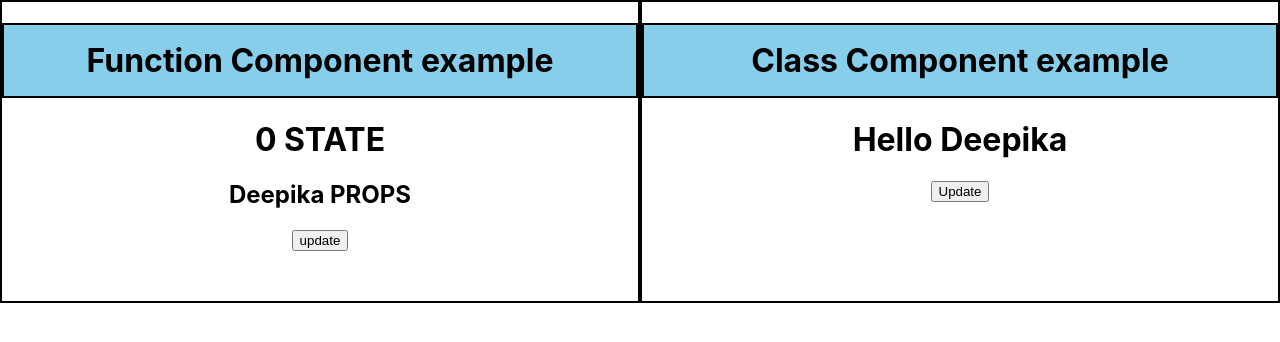
Repository: DeepikaSuretek/React
Page: / (app in practice-app/)
The author's editor kept a copy of each file at every save. The page is drawn from the files as they stood at one save, then again after the next save.
The browser window is 1280 px wide. The pictures show the whole page.
The project was rebuilt for these pictures with package versions that can differ from the ones it lists, and the page was loaded fresh each time.

Above is the page before, as saved 2024-07-08 19:56:49.

### practice-app/src/App.js
import './App.css';
import User from './class-component/class';
import Fun from './functional-component/function'

function App() {
  return (
    <div className="App" style={{display: "inline-flex",
      width: "100%"}}>
      <div style={{width:"50%",border: "2px solid","padding-bottom": "50px"}}>
        <h1 style={{"background-color": "skyblue","padding": "16px","border": "2px solid"}}>Function Component example</h1>
        <Fun name="Deepika" />
      </div>
      <div style={{width:"50%",border: "2px solid","padding-bottom": "50px"}}>
        <h1 style={{"background-color": "skyblue","padding": "16px","border": "2px solid"}}>Class Component example</h1>
        <User></User>
        </div>

    </div>
  );
}

export default App;

### practice-app/src/App.css
.App {
  text-align: center;
}

.App-logo {
  height: 40vmin;
  pointer-events: none;
}

@media (prefers-reduced-motion: no-preference) {
  .App-logo {
    animation: App-logo-spin infinite 20s linear;
  }
}

.App-header {
  background-color: #282c34;
  min-height: 100vh;
  display: flex;
  flex-direction: column;
  align-items: center;
  justify-content: center;
  font-size: calc(10px + 2vmin);
  color: white;
}

.App-link {
  color: #61dafb;
}

@keyframes App-logo-spin {
  from {
    transform: rotate(0deg);
  }
  to {
    transform: rotate(360deg);
  }
}

.loader{
  height: 100px;
  width: 100px;
  border: 8px solid;
  border-color: black black black red;
  border-radius: 50%;
  animation: App-logo-spin 2s linear infinite;
}

### practice-app/src/class-component/class.js
import { Component } from "react"

class User extends Component{
    constructor(){
        super();
        this.state = {
            data:'Deepika'
        }
    }

    changeData(){
        this.setState({data:"changes"});
    }
    render(){
        return(
           <div><h1>Hello {this.state.data}</h1>
           <button onClick={()=>this.changeData()}>Update</button>
           </div>

        )
    }
}

export default User;

### practice-app/src/functional-component/function.js
import { useState } from "react";

function Fun(props) {
    const [count,setCount] = useState(0);
    function updateCount(){
       setCount(count+1);
    }
    return(
        <div>
            <h1>{count} <span>STATE</span></h1>
            <h2>{props.name}  PROPS</h2>
            <button onClick={updateCount}>update</button>
        </div>

    )
}

export default Fun;

Loaded but not shown: practice-app/public/index.html (common file); practice-app/src/index.js (common file); practice-app/src/index.css (common file); practice-app/src/reportWebVitals.js (common file)

After the next save:
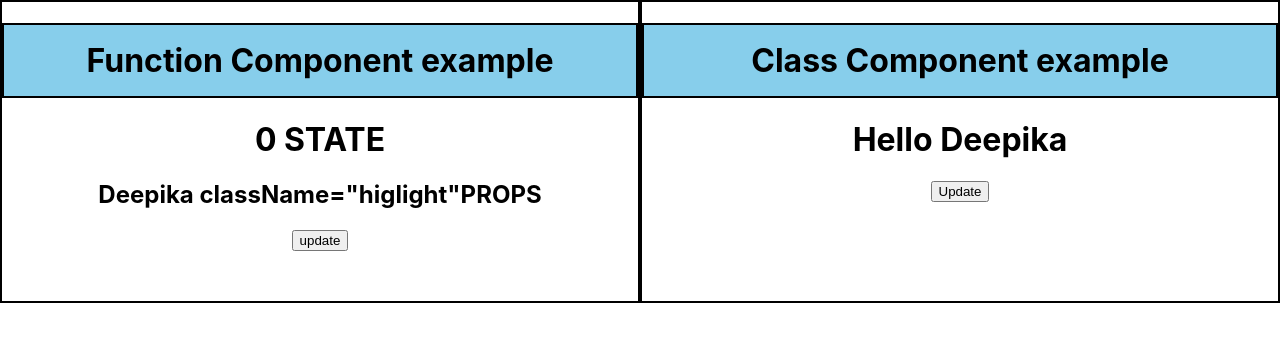
Saved 35 s later.
--- a/practice-app/src/functional-component/function.js
+++ b/practice-app/src/functional-component/function.js
@@ -7,8 +7,8 @@
     }
     return(
         <div>
-            <h1>{count} <span>STATE</span></h1>
-            <h2>{props.name}  PROPS</h2>
+            <h1>{count} <span className="higlight">STATE</span></h1>
+            <h2>{props.name}  <span> className="higlight"PROPS</span></h2>
             <button onClick={updateCount}>update</button>
         </div>
 

After the 2 saves that followed:
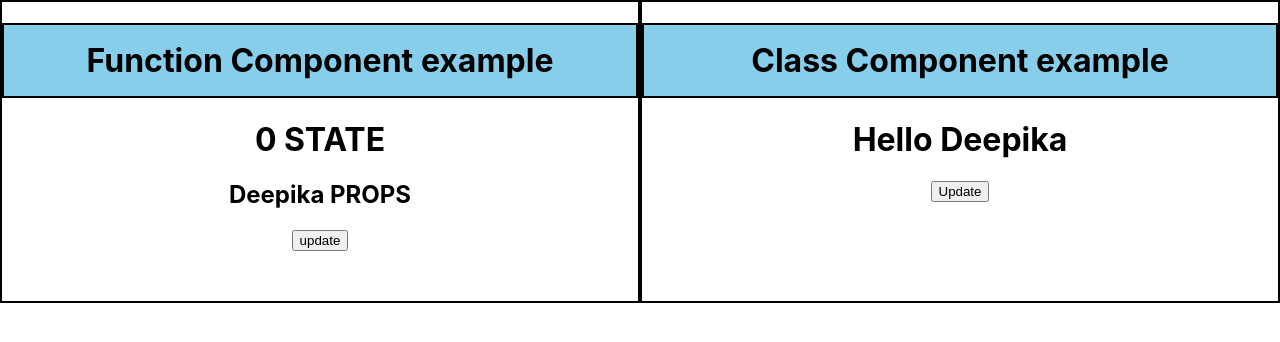
The 2 saves are shown as one change because 1 left the picture as it was.
The last was saved 42 s later.
--- a/practice-app/src/App.css
+++ b/practice-app/src/App.css
@@ -45,3 +45,7 @@
   border-radius: 50%;
   animation: App-logo-spin 2s linear infinite;
 }
+
+.highlight{
+  color:gray
+}
--- a/practice-app/src/functional-component/function.js
+++ b/practice-app/src/functional-component/function.js
@@ -8,7 +8,7 @@
     return(
         <div>
             <h1>{count} <span className="higlight">STATE</span></h1>
-            <h2>{props.name}  <span> className="higlight"PROPS</span></h2>
+            <h2>{props.name}  <span className="higlight"> PROPS</span></h2>
             <button onClick={updateCount}>update</button>
         </div>
 
